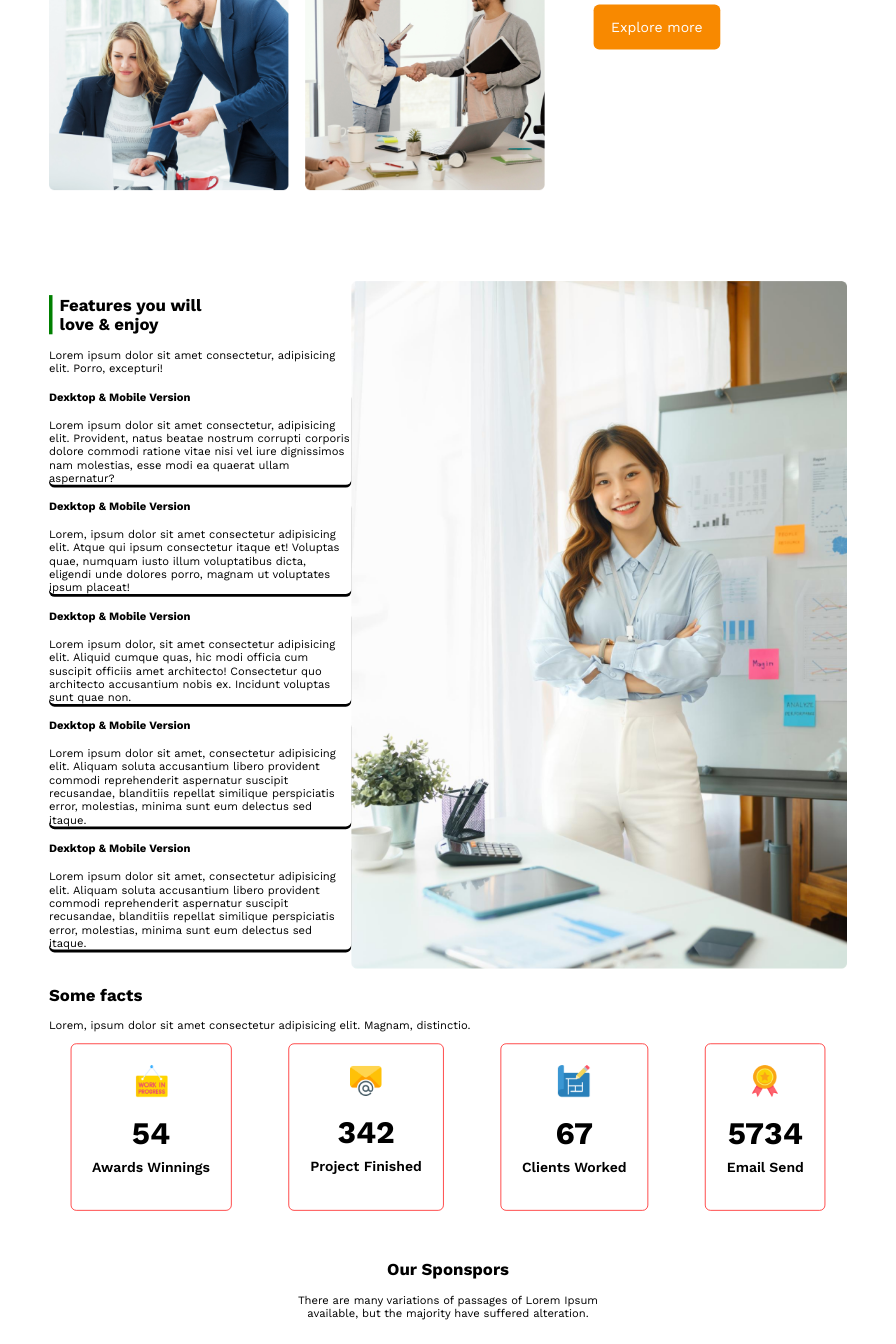
Repository: RudrasahaDibos/architects-resources
Page: index.html
An editor plug-in stored every save of this project. The page is shown before and after the next save, followed by the edit.
The browser window is 1280 px wide. The pictures show the part of the page from y = 1562 to 3482 px (the page is 3611 px tall), at 70% of full size.

Above is the page before, as saved 2024-10-07 22:06:00.

After the next save:
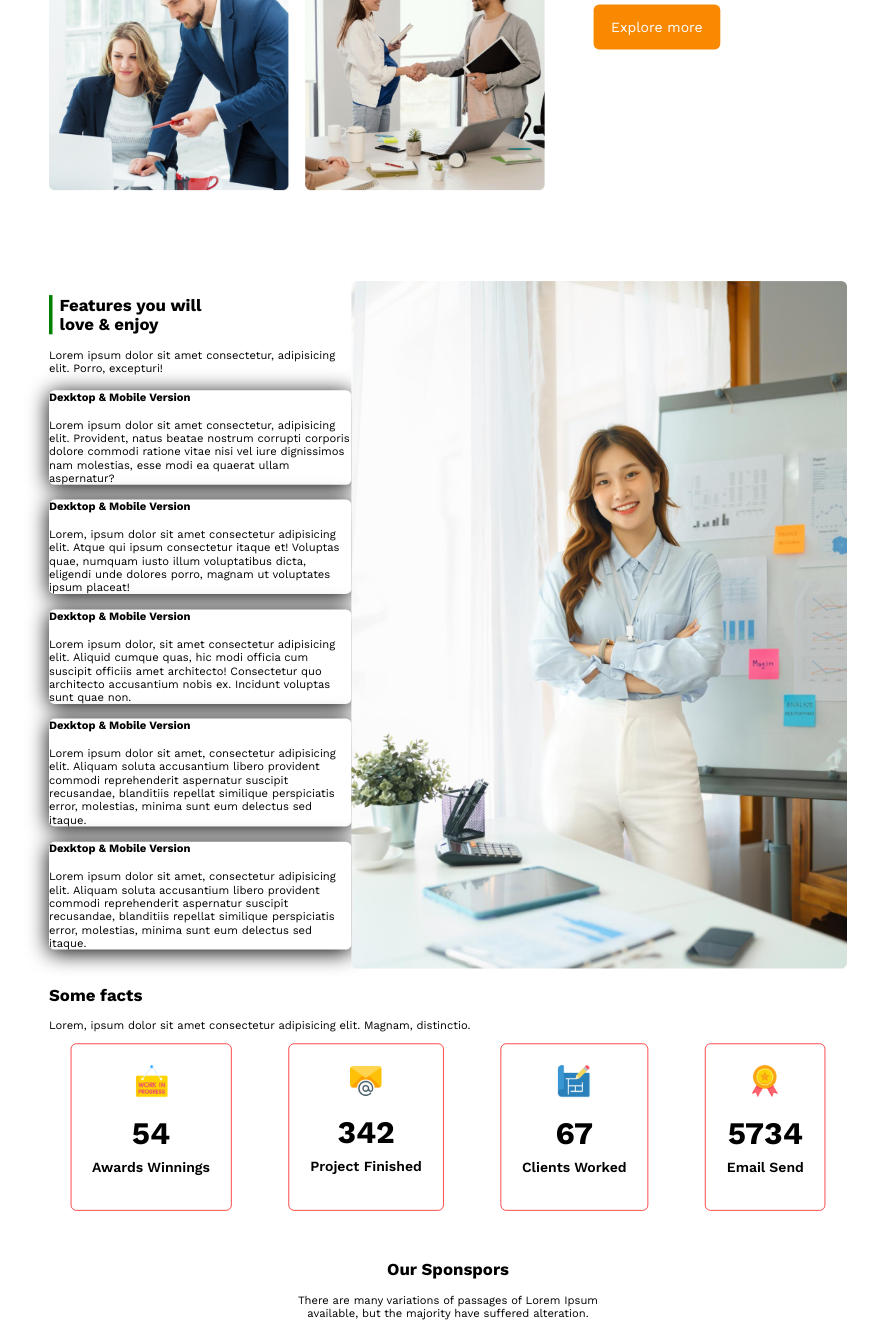
Saved 4 s later.
--- a/index.css
+++ b/index.css
@@ -107,7 +107,7 @@
 .features-content .features-card{
     border-radius: 8px;
     background-color: #fff;
-    box-shadow: 0px 4px ;
+    box-shadow: 0px 4px 30px ;
 }
  /* some */
  .fact-card-container{
